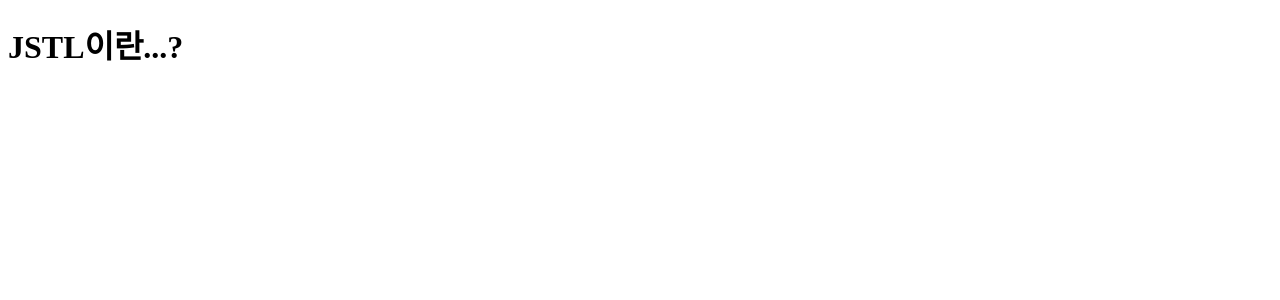
Repository: ghksl0204-shapa/dynamic-web
Page: http://localhost/ActionProject/jstl.do
The author's editor kept a copy of each file at every save. The page is drawn from the files as they stood at one save, then again after the next save.
The browser window is 1280 px wide. The pictures show the whole page.
The page is served by Tomcat 9.

Above is the page before, as saved 2026-05-06 08:28:02.

After the next save:
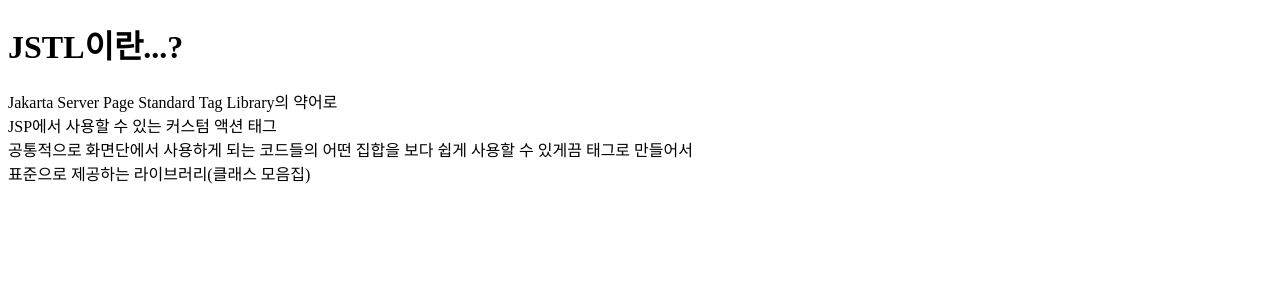
Saved 2 min 44 s later.
--- a/ActionProject/src/main/webapp/WEB-INF/views/custom/JSTL.jsp
+++ b/ActionProject/src/main/webapp/WEB-INF/views/custom/JSTL.jsp
@@ -10,5 +10,14 @@
 
 	<h1>JSTL이란...?</h1>
 
+	<p>
+		Jakarta Server Page Standard Tag Library의 약어로 <br>
+		JSP에서 사용할 수 있는 커스텀 액션 태그 <br>
+		공통적으로 화면단에서 사용하게 되는 코드들의 어떤 집합을 보다 쉽게 사용할 수 있게끔 태그로 만들어서 <br>
+		표준으로 제공하는 라이브러리(클래스 모음집)
+	</p>
+
+
+
 </body>
 </html>
